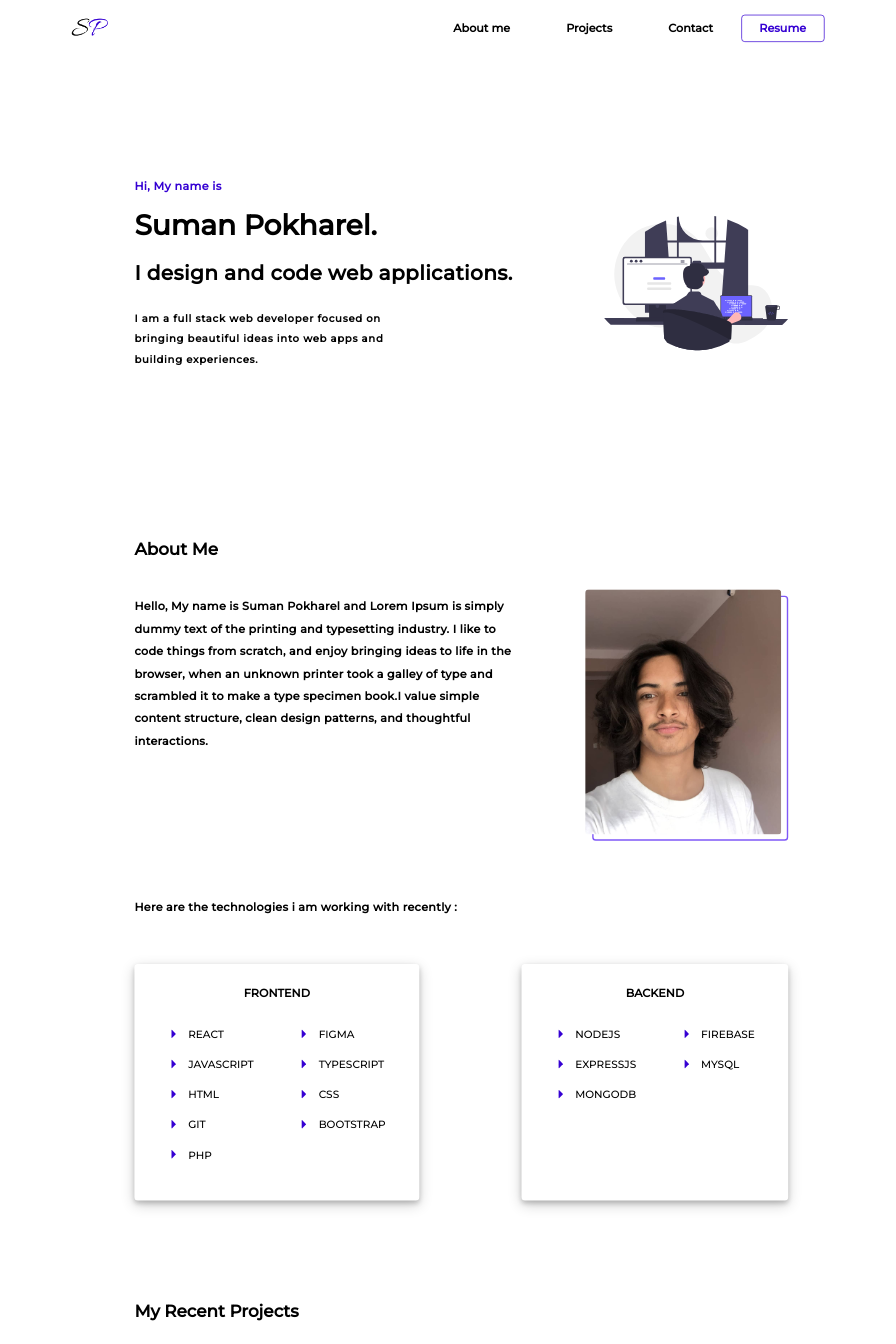
Repository: iamsumanp/portfolio
Page: /
The author's editor kept a copy of each file at every save. The page is drawn from the files as they stood at one save, then again after the next save.
The browser window is 1280 px wide. The pictures show the part of the page from y = 0 to 1920 px (the page is 4345 px tall), at 70% of full size.
The project was rebuilt for these pictures with package versions that can differ from the ones it lists, and the page was loaded fresh each time.

Above is the page before, as saved 2022-07-09 23:19:55.

After the next save:
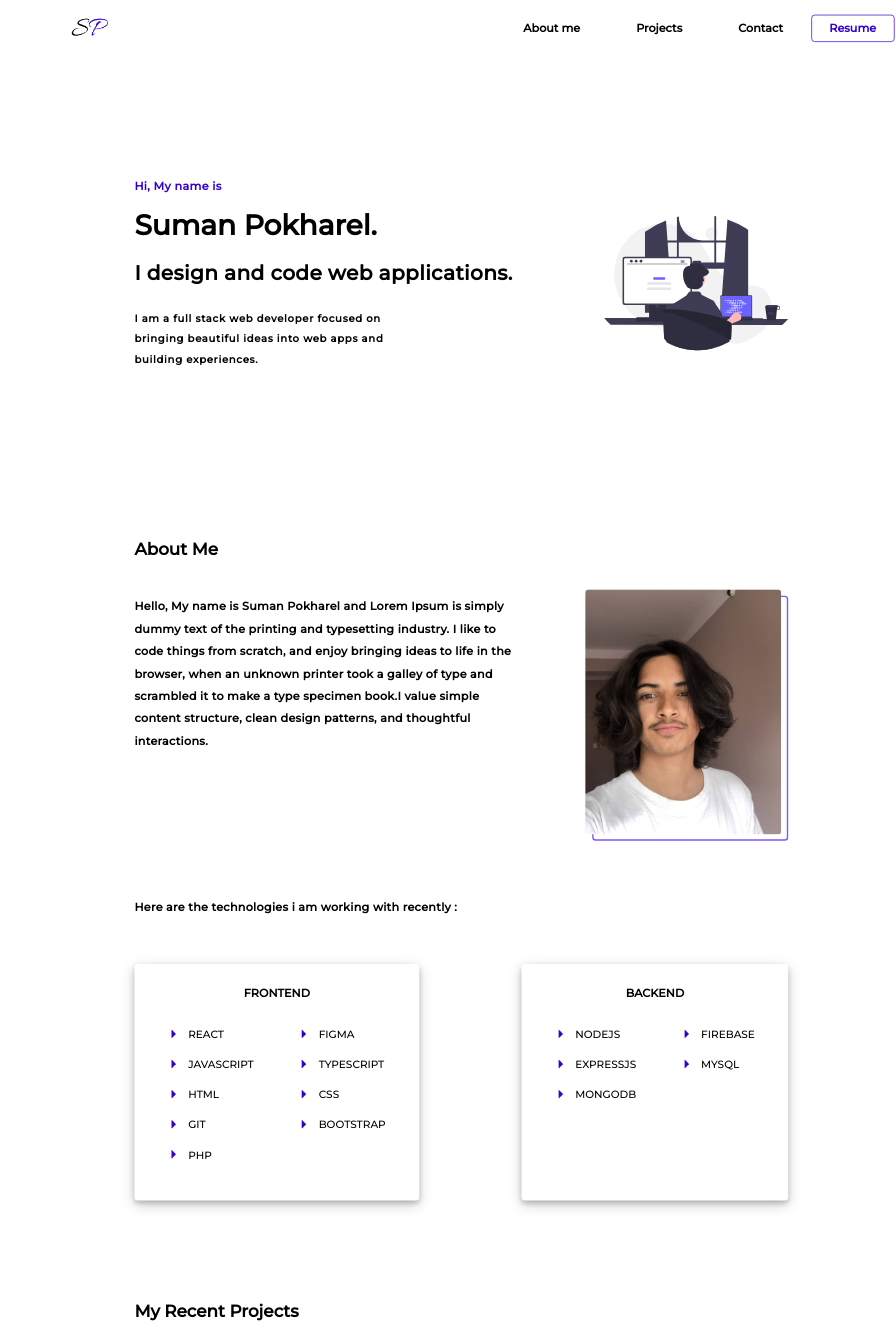
Saved 26 s later.
--- a/src/Components/NavBar.tsx
+++ b/src/Components/NavBar.tsx
@@ -35,7 +35,7 @@
       .to(q(".logoImg"), {
         rotate: 360,
       })
-      .to(q(".circle"), {
+      .to(q(".navUl"), {
         x: 100,
       });
   }, []);

After the 2 saves that followed:
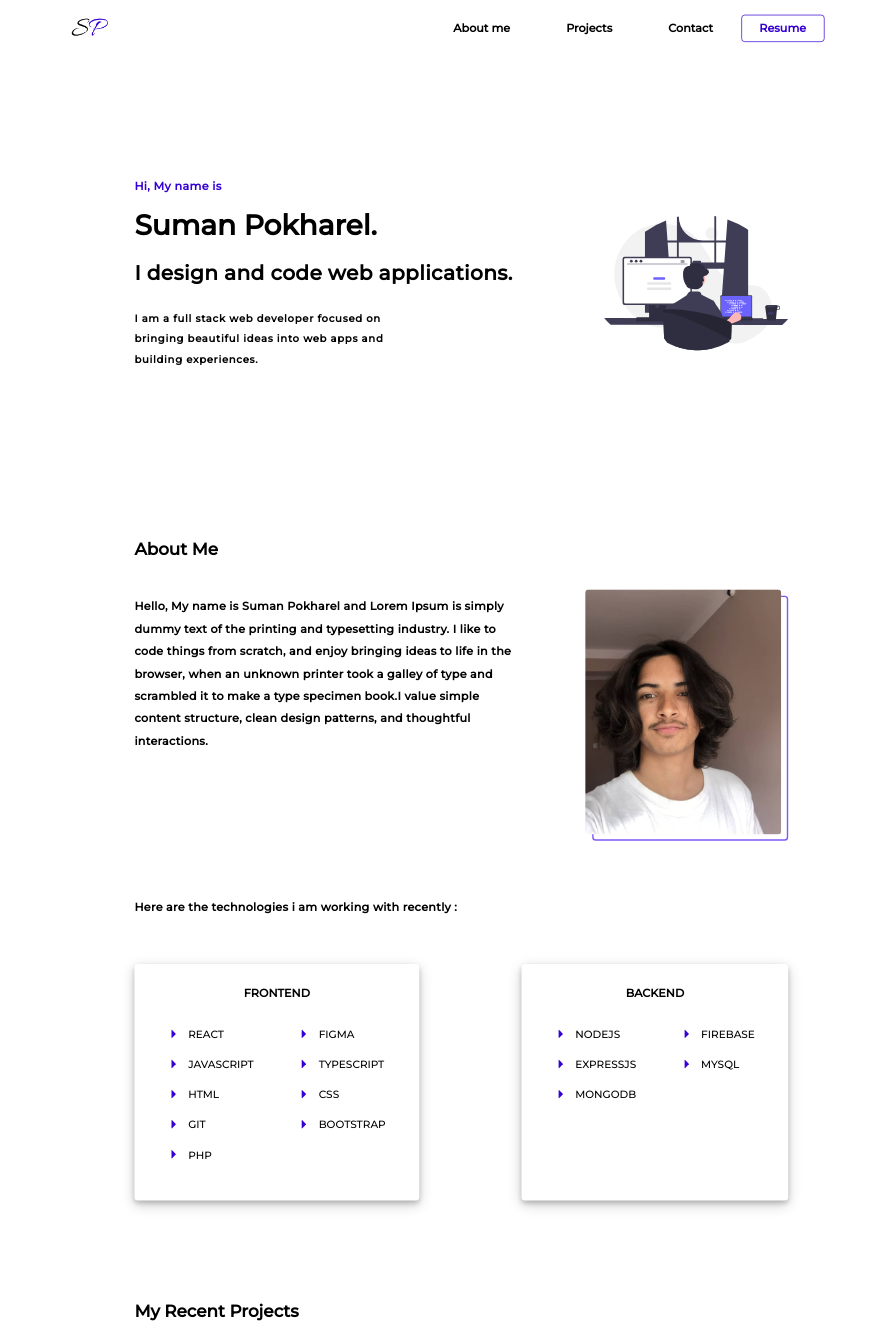
The 2 saves are shown as one change because 1 left the picture as it was.
The last was saved 21 s later.
--- a/src/Components/NavBar.tsx
+++ b/src/Components/NavBar.tsx
@@ -35,8 +35,8 @@
       .to(q(".logoImg"), {
         rotate: 360,
       })
-      .to(q(".navUl"), {
-        x: 100,
+      .from(q(".navUl"), {
+        // x: 100,
       });
   }, []);
 
